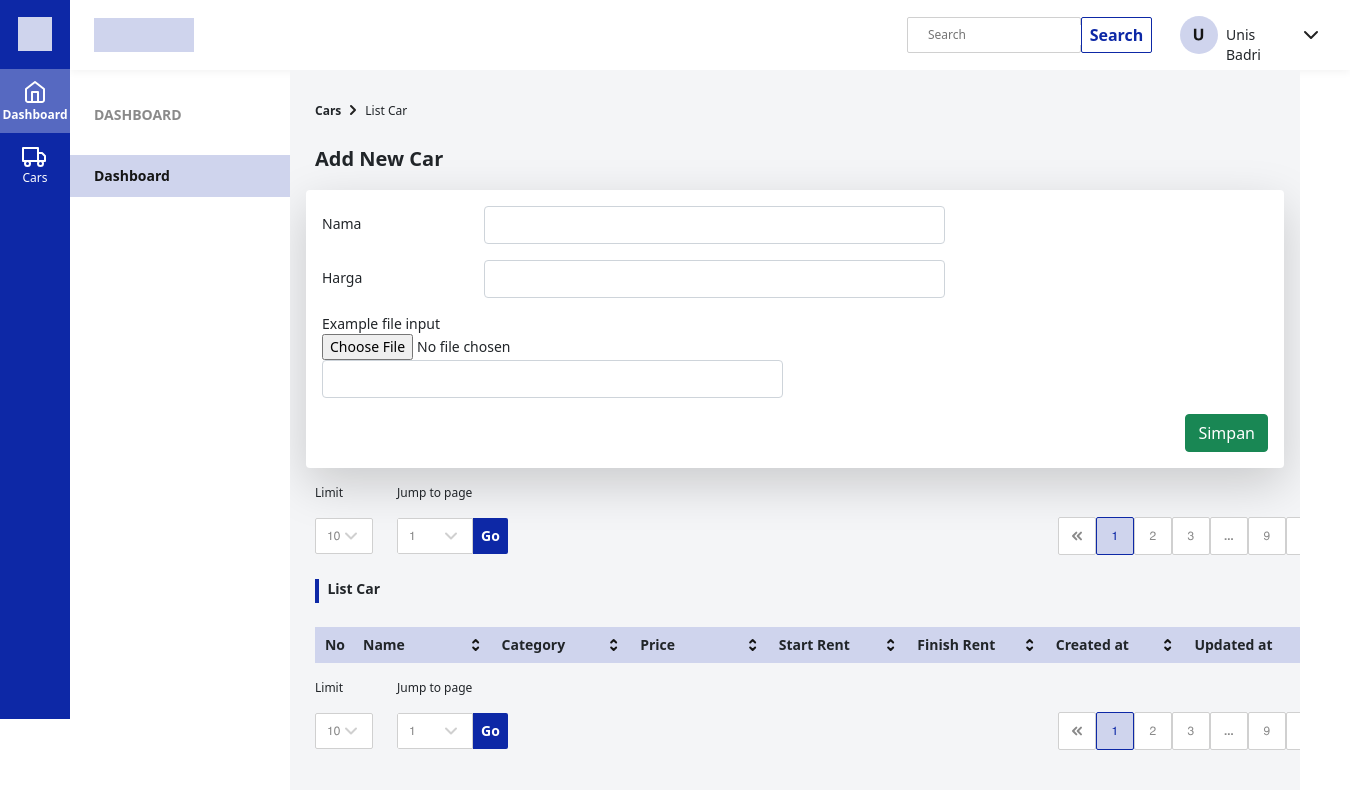
Repository: farrelmuhammad/challenge-7-binar
Page: /carlist/add
The author's editor kept a copy of each file at every save. The page is drawn from the files as they stood at one save, then again after the next save.
The browser window is 1280 px wide. The page is 1350 px wide, so the pictures cover 1350 px, including what lies to the right of the window. The pictures show the whole page.
The project was rebuilt for these pictures with package versions that can differ from the ones it lists, and the page was loaded fresh each time. Also part of the build but not shown: src/component/navbar.js, src/component/header.js, src/component/footer.js, src/App.js, src/component/admin/Dashboard/index.jsx, src/pages/admin/Dashboard.js, src/component/admin/Cars/index.jsx, src/pages/admin/CarsList.js and 2 more.

Above is the page before, as saved 2022-05-27 21:18:10.

After the next save:
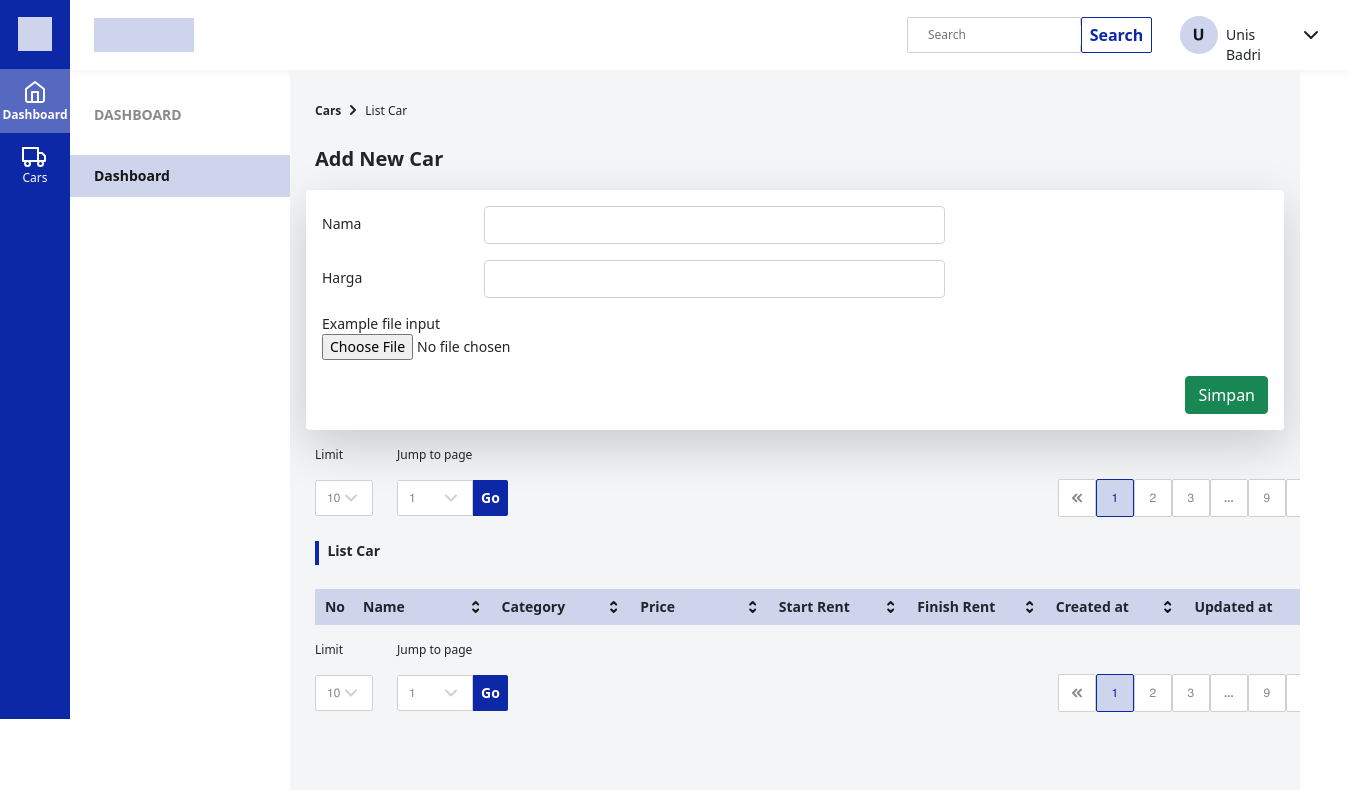
Saved 12 s later.
--- a/src/component/admin/Cars/add/index.jsx
+++ b/src/component/admin/Cars/add/index.jsx
@@ -33,7 +33,6 @@ export const AddCar = () => {
                             <label for="exampleFormControlFile1">Example file input</label>
                             <div className="col-sm-6">
                             <input type="file" class="form-control-file" id="exampleFormControlFile1"/>
-                            <input type="kode" className="form-control" id="inputKode3"/>
                             </div>
                         </div>
 
